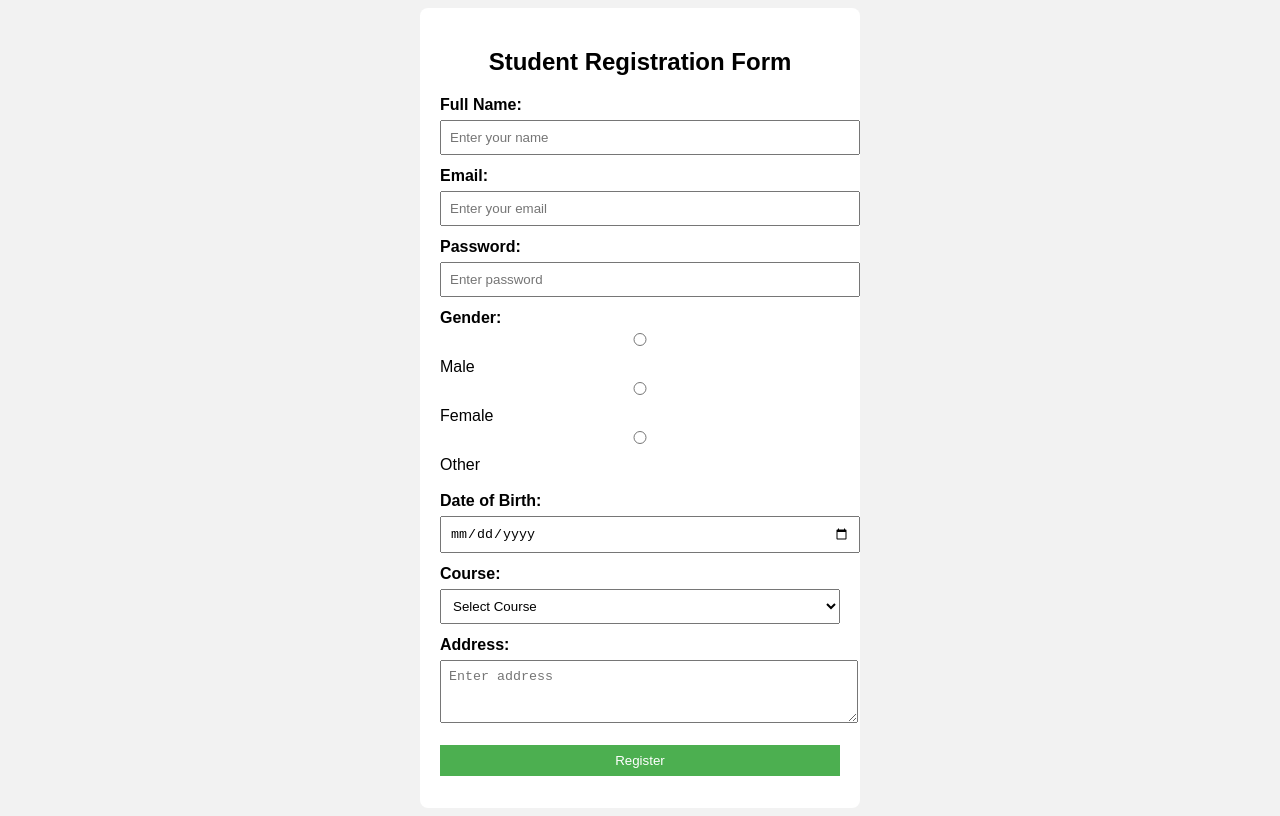
Repository: Tanvisalunkhe/Java_Codes
Page: demo/src/main/webapp/index.html
These files come from the project's save history. The page is drawn as it stood at one moment and after the next save; the edit follows.
The browser window is 1280 px wide. The pictures show the whole page.

Above is the page before, as saved 2025-12-21 15:39:00.

### demo/src/main/webapp/index.html
<!DOCTYPE html>
<html>
<head>
    <title>Student Registration Form</title>
    <style>
        body {
            font-family: Arial, sans-serif;
            background-color: #f2f2f2;
        }
        .container {
            width: 400px;
            margin: auto;
            background: white;
            padding: 20px;
            border-radius: 8px;
        }
        h2 {
            text-align: center;
        }
        label {
            font-weight: bold;
        }
        input, select, textarea {
            width: 100%;
            padding: 8px;
            margin: 6px 0 12px 0;
        }
        input[type="submit"] {
            background-color: #4CAF50;
            color: white;
            border: none;
            cursor: pointer;
        }
        input[type="submit"]:hover {
            background-color: #45a049;
        }
    </style>
</head>

<body>

<div class="container">
    <h2>Student Registration Form</h2>

    <form>
        <label>Full Name:</label>
        <input type="text" placeholder="Enter your name" required>

        <label>Email:</label>
        <input type="email" placeholder="Enter your email" required>

        <label>Password:</label>
        <input type="password" placeholder="Enter password" required>

        <label>Gender:</label>
        <input type="radio" name="gender"> Male
        <input type="radio" name="gender"> Female
        <input type="radio" name="gender"> Other

        <br><br>

        <label>Date of Birth:</label>
        <input type="date" required>

        <label>Course:</label>
        <select>
            <option>Select Course</option>
            <option>BCA</option>
            <option>BSc</option>
            <option>BCom</option>
            <option>BA</option>
            <option>MCA</option>
        </select>

        <label>Address:</label>
        <textarea rows="3" placeholder="Enter address"></textarea>

        <input type="submit" value="Register">
    </form>
</div>

</body>
</html>

After the next save:
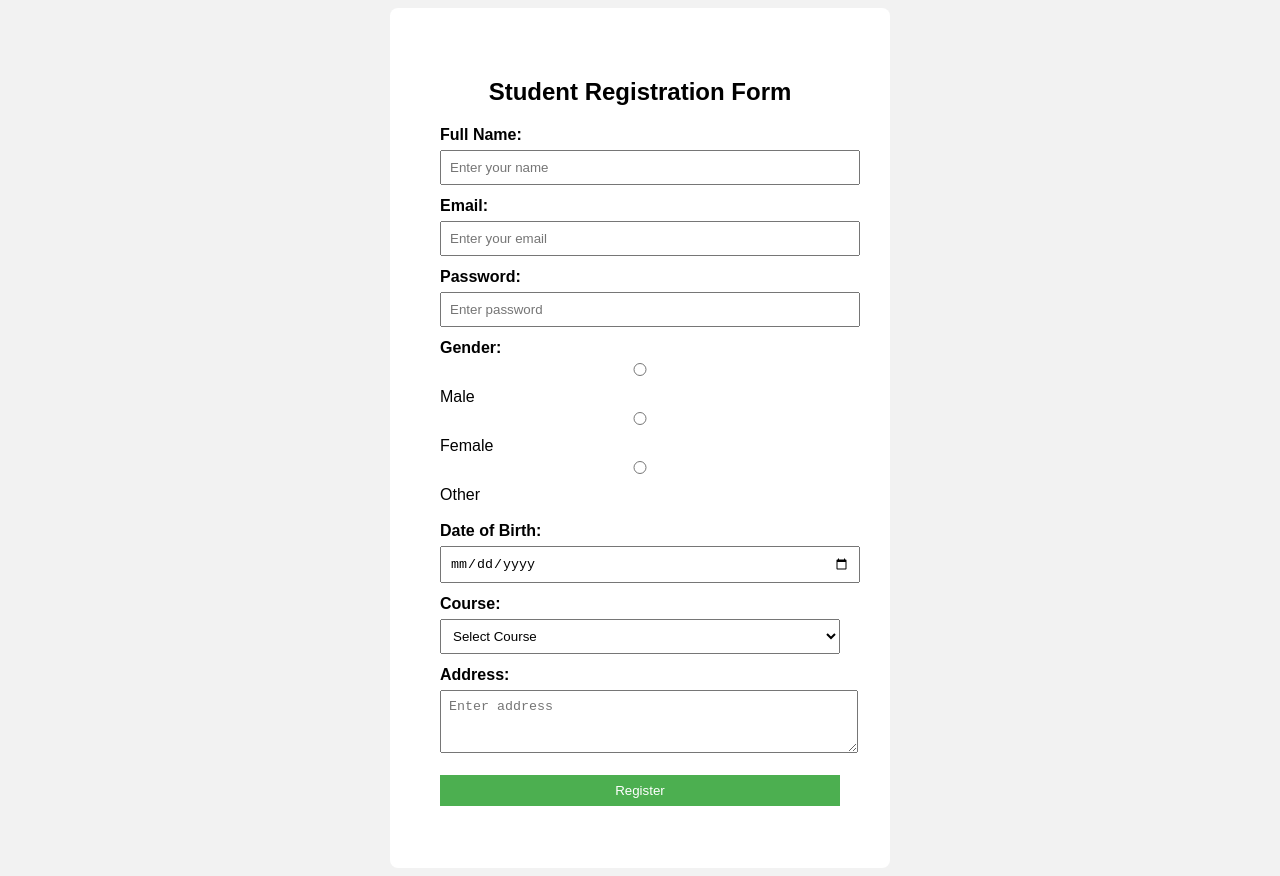
Saved 17 min 19 s later.
--- a/demo/src/main/webapp/index.html
+++ b/demo/src/main/webapp/index.html
@@ -11,7 +11,7 @@
             width: 400px;
             margin: auto;
             background: white;
-            padding: 20px;
+            padding: 50px;
             border-radius: 8px;
         }
         h2 {
